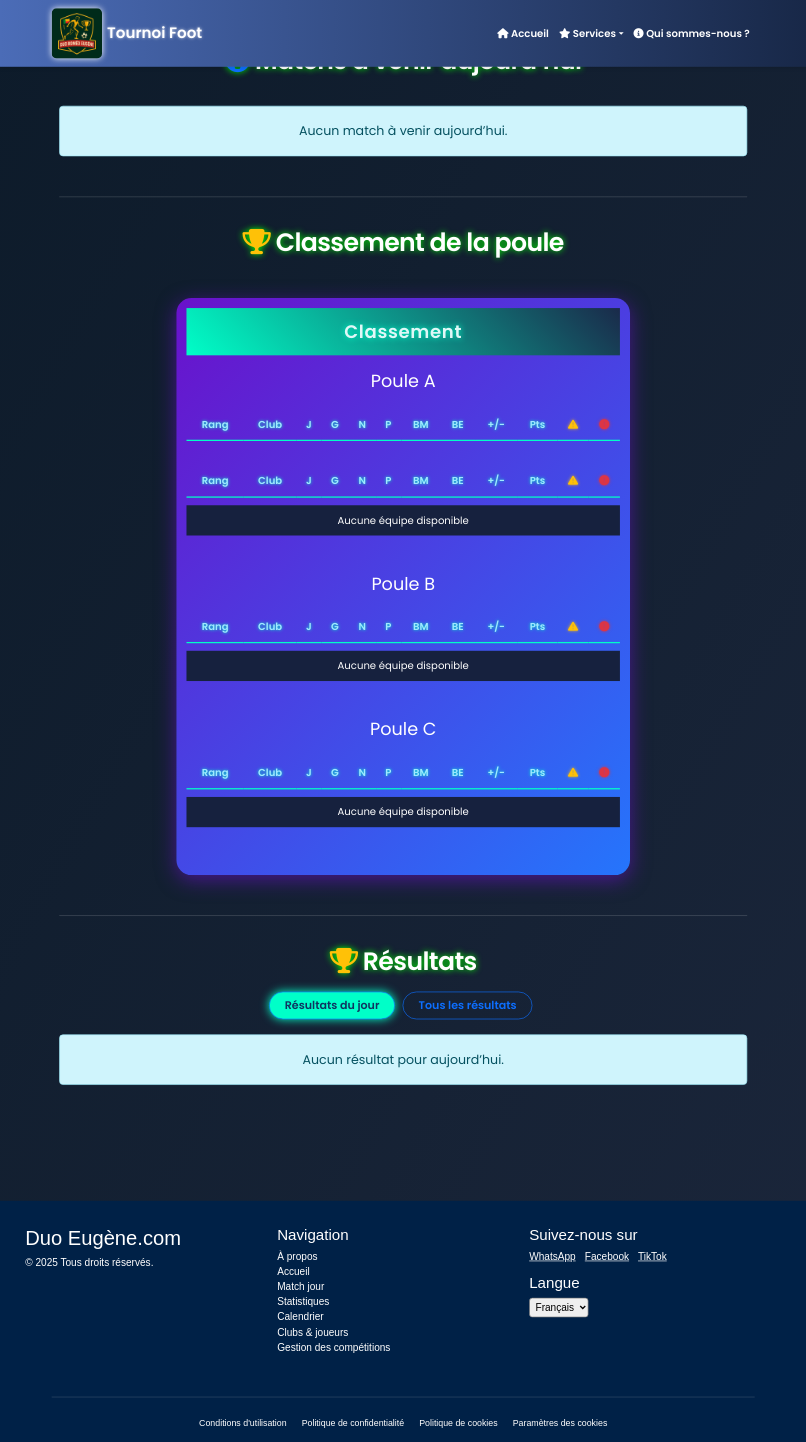
Repository: KILAYOSSI/tournoi_foot
Page: templates/pages/match_du_jour.html.twig
An editor plug-in stored every save of this project. The page is shown before and after the next save, followed by the edit.
The browser window is 1280 px wide. The pictures show the whole page, at 63% of full size.
The page is a Twig template of a Symfony application; nobody is signed in and links lead nowhere. The template is opened directly, without the code that normally fills it, so the values that code supplies are empty.

Above is the page before, as saved 2025-06-27 03:23:39.

After the next save:
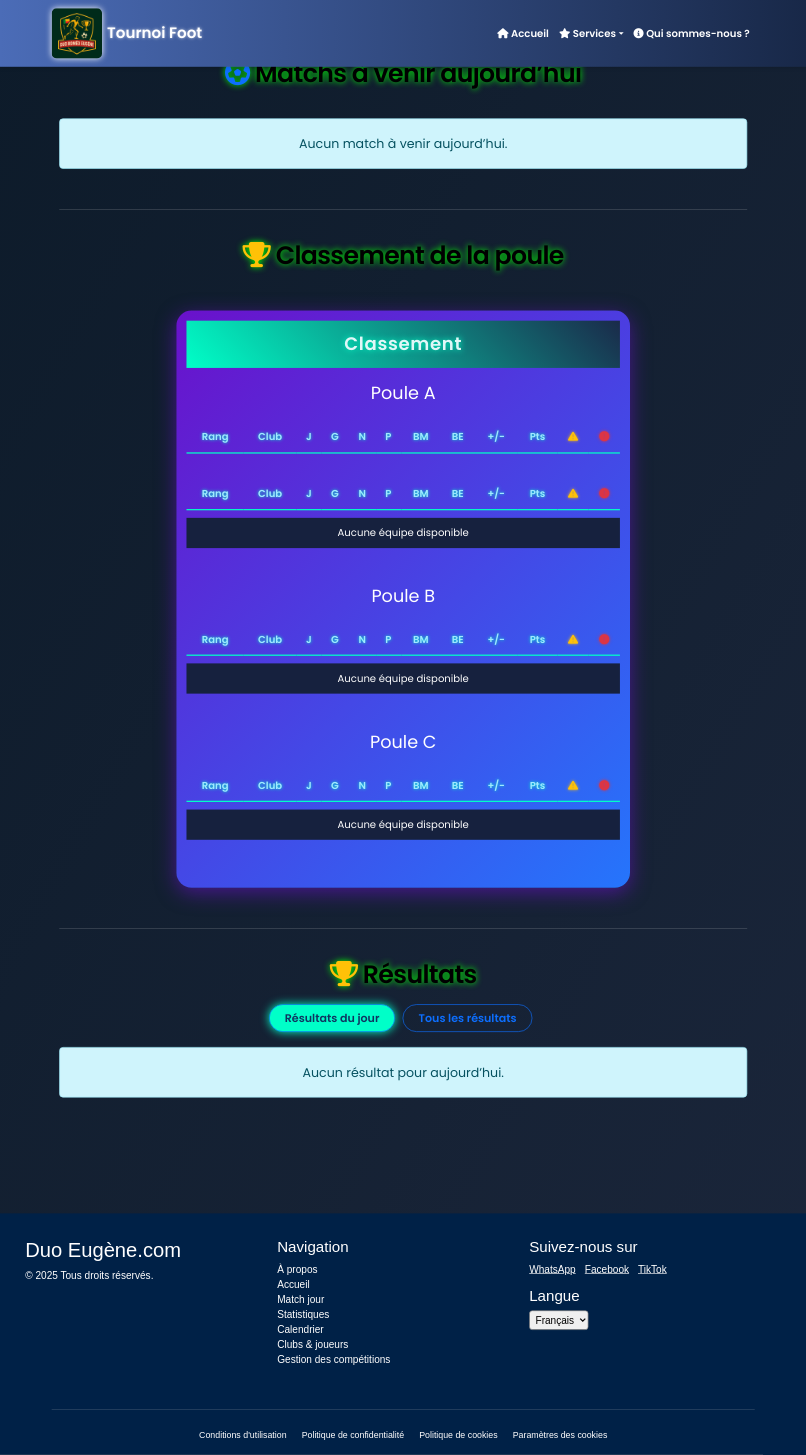
Saved 14 min 25 s later.
--- a/templates/pages/match_du_jour.html.twig
+++ b/templates/pages/match_du_jour.html.twig
@@ -17,8 +17,9 @@
             font-size: 2.5rem;
             font-weight: 700;
             letter-spacing: -1px;
+            margin-top: 20px;
             margin-bottom: 2rem;
-            color: #ffffff;
+            color: #000000;
             text-shadow: 0 0 10px #00ff00;
         }
         .match-card {
